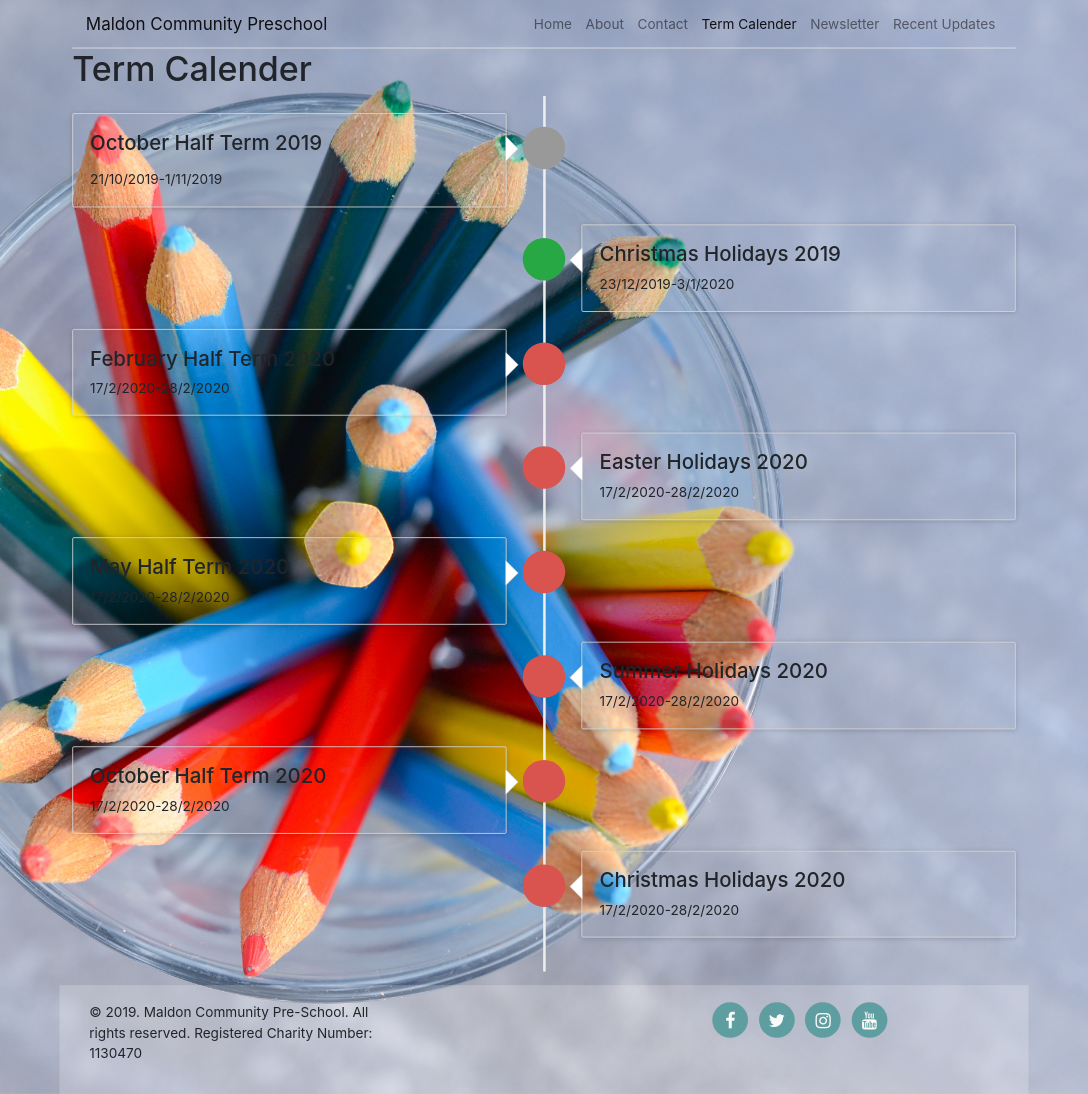
Repository: parkslee/milestone_1
Page: calender.html
The author's editor kept a record of every edit. The page is drawn from the files as they stood at one moment, then again after the next edit.
The browser window is 1280 px wide. The pictures show the whole page, at 85% of full size.
Some web libraries are served in a nearby version.

Above is the page before.

After the next edit:
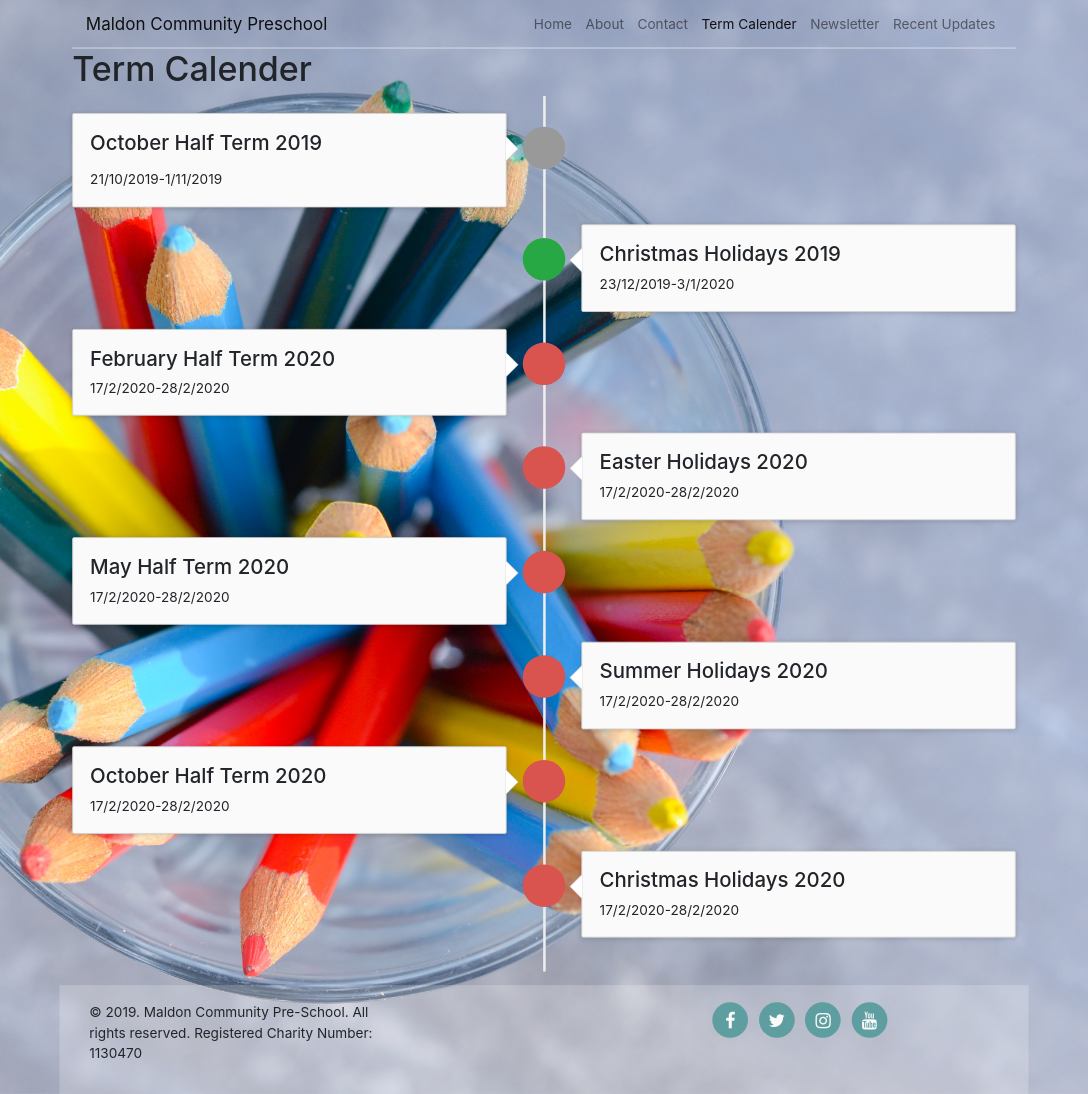
The edit:
--- a/assets/css/style.css
+++ b/assets/css/style.css
@@ -193,6 +193,7 @@
             border: 1px solid #d4d4d4;
             border-radius: 2px;
             padding: 20px;
+                background-color: #fafafa;
             position: relative;
             -webkit-box-shadow: 0 1px 6px rgba(0, 0, 0, 0.175);
             box-shadow: 0 1px 6px rgba(0, 0, 0, 0.175);
